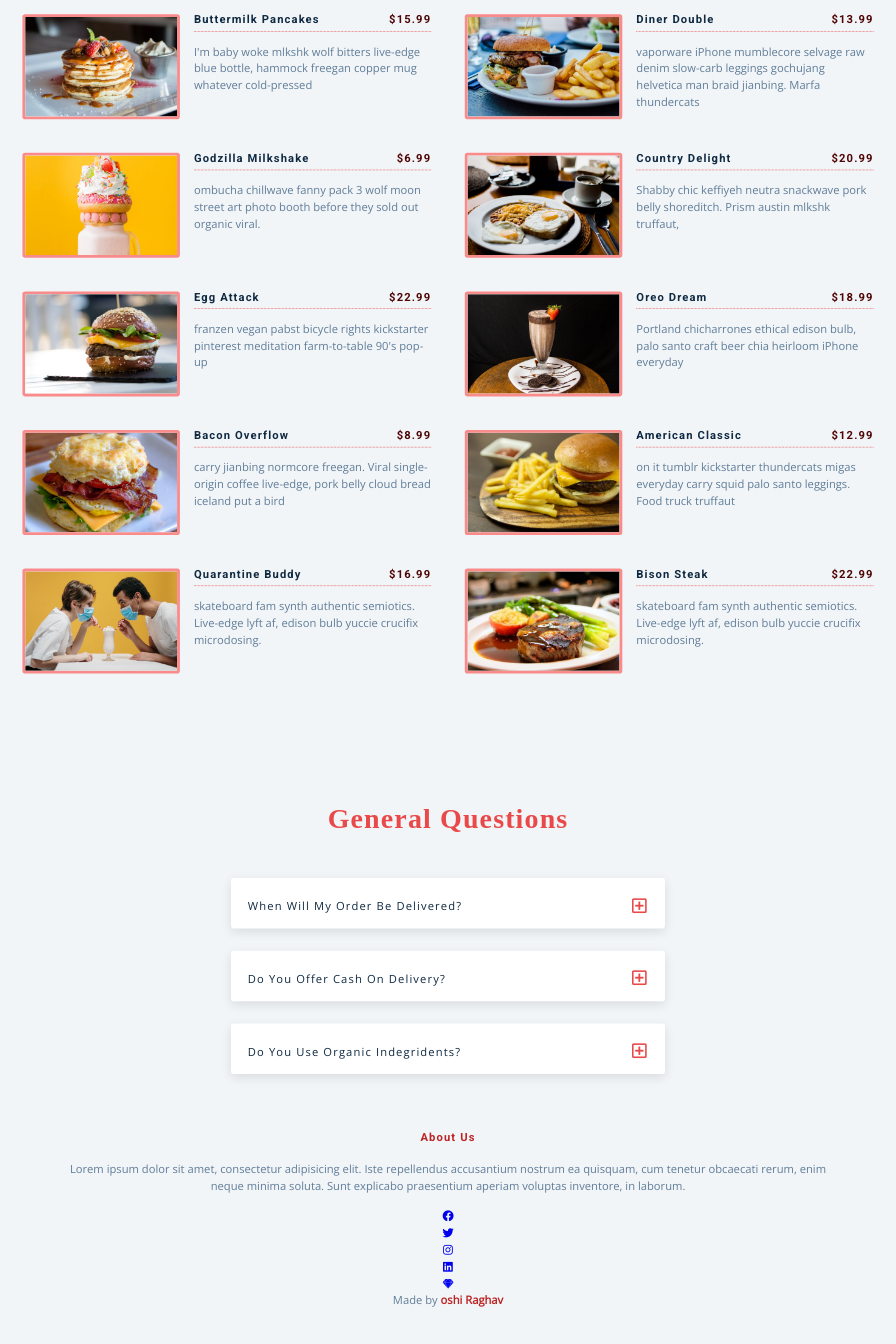
Repository: xoshiraghavx/Food-you
Page: index.html
These files come from the project's save history. The page is drawn as it stood at one moment and after a run of saves; the edit follows.
The browser window is 1280 px wide. The pictures show the part of the page from y = 1105 to 3025 px (the page is 3025 px tall before and 2957 px after), at 70% of full size.
Some web libraries are served in a nearby version.

Above is the page before, as saved 2022-12-03 08:48:42.

### index.html
<!DOCTYPE html>
<html lang="en">
  <head>
    <meta charset="UTF-8" />
    <meta name="viewport" content="width=device-width, initial-scale=1.0" />
    <title>interior design</title>
    <!-- font-awesome -->
    <link
      rel="stylesheet"
      href="https://cdnjs.cloudflare.com/ajax/libs/font-awesome/5.14.0/css/all.min.css"
    />

    <!-- styles -->
    <link rel="stylesheet" href="styles.css" />
  </head>
  <body>
<nav>
  <div class="nav-center">
    <div class="nav-header">
      <div class="logo-div">
      <img src="./img/logo.png" alt="logo" class="logo">
      <div class="logo-name">
      <p><span id="color"><b>FOOD </b><br><i>& you</i></span></p>
    </div>
    </div>
      <button class="nav-toggle">
        <i class="fas fa-bars"></i>
      </button>
    </div>
    <!-- links -->
    <ul class="links">

      <li>
        <a href="index.html">home</a>
      </li>
      <li>
        <a href="about.html">about</a>
      </li>
      <li>
        <a href="contact.html">contact</a>
      </li>
    </ul>
    <!-- social media -->
    <ul class="social-icons">
      <li>
        <a href="https://www.facebook.com">
          <i class="fab fa-facebook"></i>
        </a>
      </li>
      <li>
        <a href="https://www.twitter.com">
          <i class="fab fa-twitter"></i>
        </a>
      </li>
      <li>
        <a href="https://www.instagram.com">
          <i class="fab fa-instagram"></i>
        </a>
      </li>
      <li>
        <a href="https://www.linkedin.com">
          <i class="fab fa-linkedin"></i>
        </a>
      </li>
      <li>
        <a href="https://www.twitter.com">
          <i class="fab fa-sketch"></i>
        </a>
      </li>
    </ul>
  </div>
</nav>
<header class="hero">
  <div class="banner">
    <h2>Looking for some food!</h2>
    <button class="btn modal-btn">Order Now</button>
  </div>
</header>
<div class="modal-overlay">
  <div class="modal-container">
    <br>
    <h3>Title</h3>
    <p>Lorem ipsum dolor sit amet consectetur adipisicing elit. Illo deleniti eum mollitia distinctio! Nesciunt dolor minima animi esse officia! Recusandae? Lorem ipsum dolor sit amet consectetur, adipisicing elit. Aspernatur, hic.</p>
    <button class="close-btn">
      <i class="fas fa-times"> </i>
    </button>
  </div>
</div>
<section class="menu">
  <div class="title">
    <h2>Our Menu</h2>
    <div class="underline"></div>
  </div>
  <div class="btn-container">
    <!-- <button class="filter-btn" type="button" data-id="all">all</button>
    <button class="filter-btn" type="button"data-id="breakfast">breakfast</button>
    <button class="filter-btn" type="button" data-id="lunch">lunch</button>
    <button class="filter-btn" type="button" data-id="shakes">shakes</button> -->
  </div>
    <div class="section-center">
      <!-- <article class="menu-item">
        <img src="./menu-item.jpeg" class="photo" alt="menu item">
        <div class="item-info">
          <header>
            <h4>buttermilk pancakes</h4>
            <h4 class="price">Rs 600/-</h4>
          </header>
          <p class="item-text">Lorem ipsum, dolor sit amet consectetur adipisicing elit. Dolore totam aliquid ut eius architecto magni cumque explicabo voluptate, repudiandae harum.</p>
        </div>
      </article> -->
    </div>
</section>
<section class="questions">
  <div class="title">
    <h2>general questions</h2>
  </div>
  <div class="question-center">
    <article class="question">
      <div class="question-title">
      <p>When will my order be delivered?</p>
      <button type="button" class="question-btn">
        <span class="plus-icon">
      <i class="far fa-plus-square"></i>
        </span>

        <span class="minus-icon">
      <i class="far fa-minus-square"></i>
        </span>

      </button>
    </div>
    <div class="question-text">
      <p>Estimated delivery are given against each products. While sincere efforts are being made to deliver the products within the given time frame factors like, availability, festive seasons, courier delays are bound to happen. These factors are constantly monitored to keep any inordinate delays under control.</p>
    </div>
    </article>
    <article class="question">
      <div class="question-title">
      <p>Do you offer Cash on Delivery?</p>
      <button type="button" class="question-btn">
        <span class="plus-icon">
      <i class="far fa-plus-square"></i>
        </span>

        <span class="minus-icon">
      <i class="far fa-minus-square"></i>
        </span>

      </button>
    </div>
    <div class="question-text">
      <p>Yes. We offer Cash on Delivery which most of the other websites don't offer.</p>
    </div>
    </article>
    <article class="question">
      <div class="question-title">
      <p>do you use organic indegridents?</p>
      <button type="button" class="question-btn">
        <span class="plus-icon">
      <i class="far fa-plus-square"></i>
        </span>

        <span class="minus-icon">
      <i class="far fa-minus-square"></i>
        </span>

      </button>
    </div>
    <div class="question-text">
      <p>We deliver the products that are fresh and systems are kept in place to source the best products and safely consign them to you. We don't stock the products but place once we receive orders.</p>
    </div>
    </article>
  </div>
</section>
<!-- --------footer--------- -->
<section class="footer">
  <h4 id="color">About Us</h4>
  <p>Lorem ipsum dolor sit amet, consectetur adipisicing elit. Iste repellendus accusantium nostrum ea quisquam, cum tenetur obcaecati rerum, enim <br> neque minima soluta. Sunt explicabo praesentium aperiam voluptas inventore, in laborum.</p>
  <ul class="icons">
    <li>
      <a href="https://www.facebook.com">
        <i class="fab fa-facebook"></i>
      </a>
    </li>
    <li>
      <a href="https://www.twitter.com">
        <i class="fab fa-twitter"></i>
      </a>
    </li>
    <li>
      <a href="https://www.instagram.com">
        <i class="fab fa-instagram"></i>
      </a>
    </li>
    <li>
      <a href="https://www.linkedin.com">
        <i class="fab fa-linkedin"></i>
      </a>
    </li>
    <li>
      <a href="https://www.twitter.com">
        <i class="fab fa-sketch"></i>
      </a>
    </li>
  </ul>
  <p>Made by <b id="color">oshi Raghav</b></p>
</section>
<!-- javascript -->
    <script src="app.js"></script>
  </body>
</html>

### styles.css
/*
===============
Fonts
===============
*/
@import url('https://fonts.googleapis.com/css?family=Open+Sans|Roboto:400,700&display=swap');

/*
===============
Variables
===============
*/

:root {
  /* dark shades of primary color*/
  --clr-primary-1: hsl(0, 86%, 17%);
  --clr-primary-2: hsl(0, 77%, 27%);
  --clr-primary-3: hsl(0, 72%, 37%);
  --clr-primary-4: hsl(0, 63%, 48%);
  /* primary/main color */
  --clr-primary-5: hsl(0, 78%, 60%);
  /* lighter shades of primary color */
  --clr-primary-6: hsl(0, 90%, 70%);
  --clr-primary-7: hsl(0, 90%, 76%);
  --clr-primary-8: hsl(0, 86%, 81%);
  --clr-primary-9: hsl(0, 90%, 88%);
  --clr-primary-10: hsl(0, 100%, 96%);
  /* darkest grey - used for headings */
  --clr-grey-1: hsl(209, 61%, 16%);
  --clr-grey-2: hsl(211, 39%, 23%);
  --clr-grey-3: hsl(209, 34%, 30%);
  --clr-grey-4: hsl(209, 28%, 39%);
  /* grey used for paragraphs */
  --clr-grey-5: hsl(210, 22%, 49%);
  --clr-grey-6: hsl(209, 23%, 60%);
  --clr-grey-7: hsl(211, 27%, 70%);
  --clr-grey-8: hsl(210, 31%, 80%);
  --clr-grey-9: hsl(212, 33%, 89%);
  --clr-grey-10: hsl(210, 36%, 96%);
  --clr-white: #fff;
  --clr-red-dark: hsl(360, 67%, 44%);
  --clr-red-light: hsl(360, 71%, 66%);
  --clr-green-dark: hsl(125, 67%, 44%);
  --clr-green-light: hsl(125, 71%, 66%);
  --clr-black: #222;
  --ff-primary: 'Roboto', sans-serif;
  --ff-secondary: 'Open Sans', sans-serif;
  --transition: all 0.3s linear;
  --spacing: 0.1rem;
  --radius: 0.25rem;
  --light-shadow: 0 5px 15px rgba(0, 0, 0, 0.1);
  --dark-shadow: 0 5px 15px rgba(0, 0, 0, 0.2);
  --max-width: 1170px;
  --fixed-width: 620px;
}
/*
===============
Global Styles
===============
*/

*,
::after,
::before {
  margin: 0;
  padding: 0;
  box-sizing: border-box;
}
body {
  font-family: var(--ff-secondary);
  background: var(--clr-grey-10);
  color: var(--clr-grey-1);
  line-height: 1.5;
  font-size: 0.875rem;
}
ul {
  list-style-type: none;
}
a {
  text-decoration: none;
}
img:not(.logo) {
  width: 100%;
}
img {
  display: block;
}
h1,
h2,
h3,
h4 {
  letter-spacing: var(--spacing);
  text-transform: capitalize;
  line-height: 1.25;
  margin-bottom: 0.75rem;
  font-family: var(--ff-primary);
}
h1 {
  font-size: 3rem;
}
h2 {
  font-size: 2rem;
}
h3 {
  font-size: 1.25rem;
}
h4 {
  font-size: 0.875rem;
}
p {
  margin-bottom: 1.25rem;
  color: var(--clr-grey-5);
}
@media screen and (min-width: 800px) {
  h1 {
    font-size: 4rem;
  }
  h2 {
    font-size: 2.5rem;
  }
  h3 {
    font-size: 1.75rem;
  }
  h4 {
    font-size: 1rem;
  }
  body {
    font-size: 1rem;
  }
  h1,
  h2,
  h3,
  h4 {
    line-height: 1;
  }
}
/*  global classes */
.btn {
  text-transform: uppercase;
  background: transparent;
  color: var(--clr-black);
  padding: 0.375rem 0.75rem;
  letter-spacing: var(--spacing);
  display: inline-block;
  transition: var(--transition);
  font-size: 0.875rem;
  border: 2px solid var(--clr-black);
  cursor: pointer;
  box-shadow: 0 1px 3px rgba(0, 0, 0, 0.2);
  border-radius: var(--radius);
}
.btn:hover {
  color: var(--clr-white);
  background: var(--clr-black);
}
/* section */
.section {
  padding: 5rem 0;
}


@media screen and (min-width: 992px) {
  .section-center .question-center {
    width: 95vw;
  }
}
main {
  min-height: 100vh;
  display: grid;
  place-items: center;
}

/*
===============
Navbar
===============
*/
nav {
  background: var(--clr-white);
  box-shadow: var(--light-shadow);
  position: fixed;
  width: 100%;
}
.nav-header {
  display: flex;
  align-items: center;
  justify-content: space-between;
  padding: 1rem;
}
.nav-toggle {
  font-size: 1.5rem;
  color: var(--clr-primary-5);
  background: transparent;
  border-color: transparent;
  transition: var(--transition);
  cursor: pointer;
}
.nav-toggle:hover {
  color: var(--clr-primary-1);
  transform: rotate(90deg);
}
.logo-div{
  display: flex;
}
.logo {
  height: 90px;
  width: 90px;
}
.logo-name{
  margin-top: 20px;
}
#color{
  color: var(--clr-red-dark);

}
.links a {
  color: var(--clr-grey-3);
  font-size: 1rem;
  text-transform: capitalize;
  letter-spacing: var(--spacing);
  display: block;
  padding: 0.5rem 1rem;
  transition: var(--transition);
}
.links a:hover {
  background: var(--clr-primary-8);
  color: var(--clr-primary-5);
  padding-left: 1.5rem;
}
.social-icons {
  display: none;
}
.links {
  height: 0;
  overflow: hidden;
  transition: var(--transition);
}
.show-links {
  height: 10rem;
}
@media screen and (min-width: 800px) {
  .nav-center {
    max-width: 1170px;
    margin: 0 auto;
    display: flex;
    align-items: center;
    justify-content: space-between;
    padding: 1rem;
  }
  .nav-header {
    padding: 0;
  }
  .nav-toggle {
    display: none;
  }
  .links {
    height: auto;
    display: flex;
  }
  .links a {
    padding: 0;
    margin: 0 0.5rem;
  }
  .links a:hover {
    padding: 0;
    background: transparent;
  }

  .social-icons {
    display: flex;
  }
  .social-icons a {
    margin: 0 0.5rem;
    color: var(--clr-primary-4);
    transition: var(--transition);
  }
  .social-icons a:hover {
    color: var(--clr-primary-7);
  }
}
/* modal css  */
.hero {
  height: 100vh;
  background: linear-gradient(rgba(4, 9, 30, 0.421),rgba(4, 9, 30, 0.421)),url("https://discovertemplate.com/wp-content/uploads/2020/11/DT_G62_Food-drink-Animated-GIF-Icon-Pack.gif") center/cover no-repeat;
  display: grid;
  place-items: center;
}
.banner {
  background: var(--clr-white);
  padding: 4rem 0;
  border-radius: var(--radius);
  box-shadow: var(--light-shadow);
  text-align: center;
  width: 90vw;
  max-width: var(--fixed-width);
}
.modal-btn {
  margin-top: 2rem;
  background: var(--clr-primary-5);
  border-color: var(--clr-primary-5);
  color: var(--clr-white);
}
.modal-btn:hover {
  background: transparent;
  color: var(--clr-primary-5);
}
.modal-overlay {
  position: fixed;
  top: 0;
  left: 0;
  width: 100%;
  height: 100%;
  background: hsla(209, 61%, 16%, 0.77);
  display: grid;
  place-items: center;
  transition: var(--transition);
  visibility: hidden;
  z-index: -10;
}
/* OPEN/CLOSE MODAL */
.open-modal {
  visibility: visible;
  z-index: 10;
}
.modal-container {
  background: var(--clr-white);
  border-radius: var(--radius);
  width: 90vw;
  height: 30vh;
  max-width: var(--fixed-width);
  text-align: center;
  display: grid;
  place-items: center;
  position: relative;
}
.close-btn {
  position: absolute;
  top: 1rem;
  right: 1rem;
  font-size: 2rem;
  background: transparent;
  border-color: transparent;
  color: var(--clr-red-dark);
  cursor: pointer;
  transition: var(--transition);
}
.close-btn:hover {
  color: var(--clr-red-light);
  transform: scale(1.3);
}
/* menu css */

.menu {
  padding: 5rem 0;
}
.title {
  text-align: center;
  margin-bottom: 2rem;
}
.underline {
  width: 5rem;
  height: 0.25rem;
  background: var(--clr-primary-8);
  margin-left: auto;
  margin-right: auto;
}
.btn-container {
  margin-bottom: 4rem;
  display: flex;
  justify-content: center;
}
.filter-btn {
  background: transparent;
  border-color: var(--clr-primary-5);
  font-size: 1rem;
  text-transform: capitalize;
  margin: 0 0.5rem;
  letter-spacing: 1px;
  border-radius: var(--radius);
  padding: 0.375rem 0.75rem;
  color: var(--clr-primary-5);
  cursor: pointer;
  transition: var(--transition);
}
.filter-btn:hover {
  background: var(--clr-primary-5);
  color: var(--clr-white);
}
.section-center .question-center{
  width: 90vw;
  max-width: 1170px;
}
.section-center{
  display: grid;
  margin: 0 auto;
  gap: 3rem 3rem;
  justify-items: center;
}
.menu-item {
  display: grid;
  gap: 1rem 2rem;
  max-width: 25rem;
}
.photo {
  object-fit: cover;
  height: 200px;
  border: 0.25rem solid var(--clr-primary-7);
  border-radius: var(--radius);
}
.item-info header {
  display: flex;
  justify-content: space-between;
  border-bottom: 0.5px dotted var(--clr-primary-5);
}
.item-info h4 {
  margin-bottom: 0.5rem;
}
.price {
  color: var(--clr-primary-1);
}
.item-text {
  margin-bottom: 0;
  padding-top: 1rem;
}

@media screen and (min-width: 768px) {
  .menu-item {
    grid-template-columns: 225px 1fr;
    gap: 0 1.25rem;
    max-width: 40rem;
  }
  .photo {
    height: 175px;
  }
}
@media screen and (min-width: 1200px) {
  .section-center {
    width: 95vw;
    grid-template-columns: 1fr 1fr;
  }
  .photo {
    height: 150px;
  }
}

/*
===============
Questions
===============
*/
.title {
  margin-top: 15vh;
  margin-bottom: 4rem;
}
.title h2 {
  color: var(--clr-primary-5);
  font-family: "Great Vibes", cursive;
  text-align: center;
}
.question-center {
  max-width: var(--fixed-width);
  margin: 0 auto;
}
.question {
  background: var(--clr-white);
  border-radius: var(--radius);
  box-shadow: var(--light-shadow);
  padding: 1.5rem 1.5rem 0 1.5rem;
  margin-bottom: 2rem;
}
.question-title {
  display: flex;
  justify-content: space-between;
  align-items: center;
  text-transform: capitalize;
  padding-bottom: 1rem;
}
.question-title p {
  margin-bottom: 0;
  letter-spacing: var(--spacing);
  color: var(--clr-grey-1);
}
.question-btn {
  font-size: 1.5rem;
  background: transparent;
  border-color: transparent;
  cursor: pointer;
  color: var(--clr-primary-5);
  transition: var(--transition);
}
.question-btn:hover {
  transform: rotate(90deg);
}
.question-text {
  padding: 1rem 0 1.5rem 0;
  border-top: 1px solid rgba(0, 0, 0, 0.2);
}
.question-text p {
  margin-bottom: 0;
}
/* hide text */
.question-text {
  display: none;
}
.show-text .question-text {
  display: block;
}
.minus-icon {
  display: none;
}
.show-text .minus-icon {
  display: inline;
}
.show-text .plus-icon {
  display: none;
}
/* ---------footer----------- */
.footer{
  width: 100%;
  text-align: center;
  padding: 30px 0;
}
.footer h4{
  margin-bottom: 25px;
  margin-top: 20px;
  font-weight: 600;
}
i.
.icons .fab{
  color: var(--clr-primary-5);
  margin: 0 13px;
  cursor: pointer;
  padding: 18px 0;
}

### app.js
// // classList - shows/gets all classes
// // contains - checks classList for specific class
// // add - add class
// // remove - remove class
// // toggle - toggles class

const navToggle = document.querySelector(".nav-toggle");
const links = document.querySelector(".links");

navToggle.addEventListener('click', () =>{
    links.classList.toggle("show-links")
})


// // modal js

const modalBtn = document.querySelector(".modal-btn");
const modal      = document.querySelector(".modal-overlay");
const closeBtn = document.querySelector(".close-btn");

modalBtn.addEventListener('click',() =>{
    modal.classList.add('open-modal');
})
closeBtn.addEventListener('click',() =>{
    modal.classList.remove('open-modal');
})
//menu
const menu = [
    {
      id: 1,
      title: "buttermilk pancakes",
      category: "breakfast",
      price: 15.99,
      img: "./img/item-1.jpeg",
      desc: `I'm baby woke mlkshk wolf bitters live-edge blue bottle, hammock freegan copper mug whatever cold-pressed `,
    },
    {
      id: 2,
      title: "diner double",
      category: "lunch",
      price: 13.99,
      img: "./img/item-2.jpeg",
      desc: `vaporware iPhone mumblecore selvage raw denim slow-carb leggings gochujang helvetica man braid jianbing. Marfa thundercats `,
    },
    {
      id: 3,
      title: "godzilla milkshake",
      category: "shakes",
      price: 6.99,
      img: "./img/item-3.jpeg",
      desc: `ombucha chillwave fanny pack 3 wolf moon street art photo booth before they sold out organic viral.`,
    },
    {
      id: 4,
      title: "country delight",
      category: "breakfast",
      price: 20.99,
      img: "./img/item-4.jpeg",
      desc: `Shabby chic keffiyeh neutra snackwave pork belly shoreditch. Prism austin mlkshk truffaut, `,
    },
    {
      id: 5,
      title: "egg attack",
      category: "lunch",
      price: 22.99,
      img: "./img/item-5.jpeg",
      desc: `franzen vegan pabst bicycle rights kickstarter pinterest meditation farm-to-table 90's pop-up `,
    },
    {
      id: 6,
      title: "oreo dream",
      category: "shakes",
      price: 18.99,
      img: "./img/item-6.jpeg",
      desc: `Portland chicharrones ethical edison bulb, palo santo craft beer chia heirloom iPhone everyday`,
    },
    {
      id: 7,
      title: "bacon overflow",
      category: "breakfast",
      price: 8.99,
      img: "./img/item-7.jpeg",
      desc: `carry jianbing normcore freegan. Viral single-origin coffee live-edge, pork belly cloud bread iceland put a bird `,
    },
    {
      id: 8,
      title: "american classic",
      category: "lunch",
      price: 12.99,
      img: "./img/item-8.jpeg",
      desc: `on it tumblr kickstarter thundercats migas everyday carry squid palo santo leggings. Food truck truffaut  `,
    },
    {
      id: 9,
      title: "quarantine buddy",
      category: "shakes",
      price: 16.99,
      img: "./img/item-9.jpeg",
      desc: `skateboard fam synth authentic semiotics. Live-edge lyft af, edison bulb yuccie crucifix microdosing.`,
    },
    {
      id: 10,
      title: "bison steak",
      category: "dinner",
      price: 22.99,
      img: "./img/item-10.jpeg",
      desc: `skateboard fam synth authentic semiotics. Live-edge lyft af, edison bulb yuccie crucifix microdosing.`,
    },
  ];
  // get parent element
  const sectionCenter = document.querySelector(".section-center");
  const btnContainer = document.querySelector(".btn-container");
  // display all items when page loads
  window.addEventListener("DOMContentLoaded", function () {
    diplayMenuItems(menu);
    displayMenuButtons();
  });

  function diplayMenuItems(menuItems) {
    let displayMenu = menuItems.map(function (item) {
      // console.log(item);

      return `<article class="menu-item">
            <img src=${item.img} alt=${item.title} class="photo" />
            <div class="item-info">
              <header>
                <h4>${item.title}</h4>
                <h4 class="price">$${item.price}</h4>
              </header>
              <p class="item-text">
                ${item.desc}
              </p>
            </div>
          </article>`;
    });
    displayMenu = displayMenu.join("");
    // console.log(displayMenu);

    sectionCenter.innerHTML = displayMenu;
  }
  function displayMenuButtons() {
    const categories = menu.reduce(
      function (values, item) {
        if (!values.includes(item.category)) {
          values.push(item.category);
        }
        return values;
      },
      ["all"]
    );
    const categoryBtns = categories
      .map(function (category) {
        return `<button type="button" class="filter-btn" data-id=${category}>
            ${category}
          </button>`;
      })
      .join("");

    btnContainer.innerHTML = categoryBtns;
    const filterBtns = btnContainer.querySelectorAll(".filter-btn");
    // console.log(filterBtns);

    filterBtns.forEach(function (btn) {
      btn.addEventListener("click", function (e) {
        // console.log(e.currentTarget.dataset);
        const category = e.currentTarget.dataset.id;
        const menuCategory = menu.filter(function (menuItem) {
          // console.log(menuItem.category);
          if (menuItem.category === category) {
            return menuItem;
          }
        });
        if (category === "all") {
          diplayMenuItems(menu);
        } else {
          diplayMenuItems(menuCategory);
        }
      });
    });
  }




// //questions css

const btns = document.querySelectorAll(".question-btn");

btns.forEach(function (btn) {
    btn.addEventListener('click', function (e) {
        const question =( e.currentTarget.parentElement.parentElement);
        question.classList.toggle("show-text");
    });
});

After the next 4 saves:
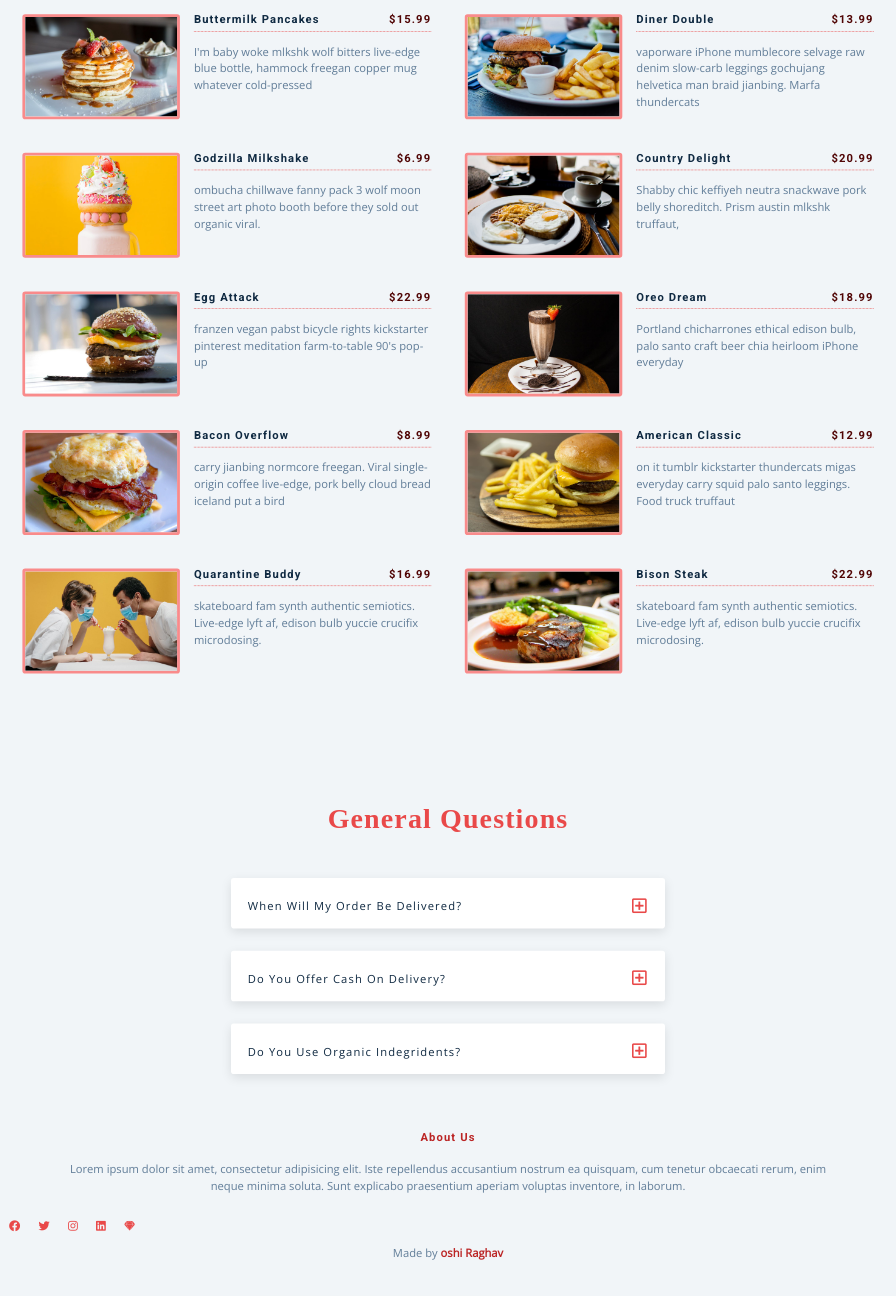
The 4 saves are shown as one change because they came seconds apart.
The last was saved 12 s later.
--- a/styles.css
+++ b/styles.css
@@ -525,7 +525,10 @@ Questions
   margin-top: 20px;
   font-weight: 600;
 }
-i.
+.icons{
+  display: flex;
+  f
+}
 .icons .fab{
   color: var(--clr-primary-5);
   margin: 0 13px;
